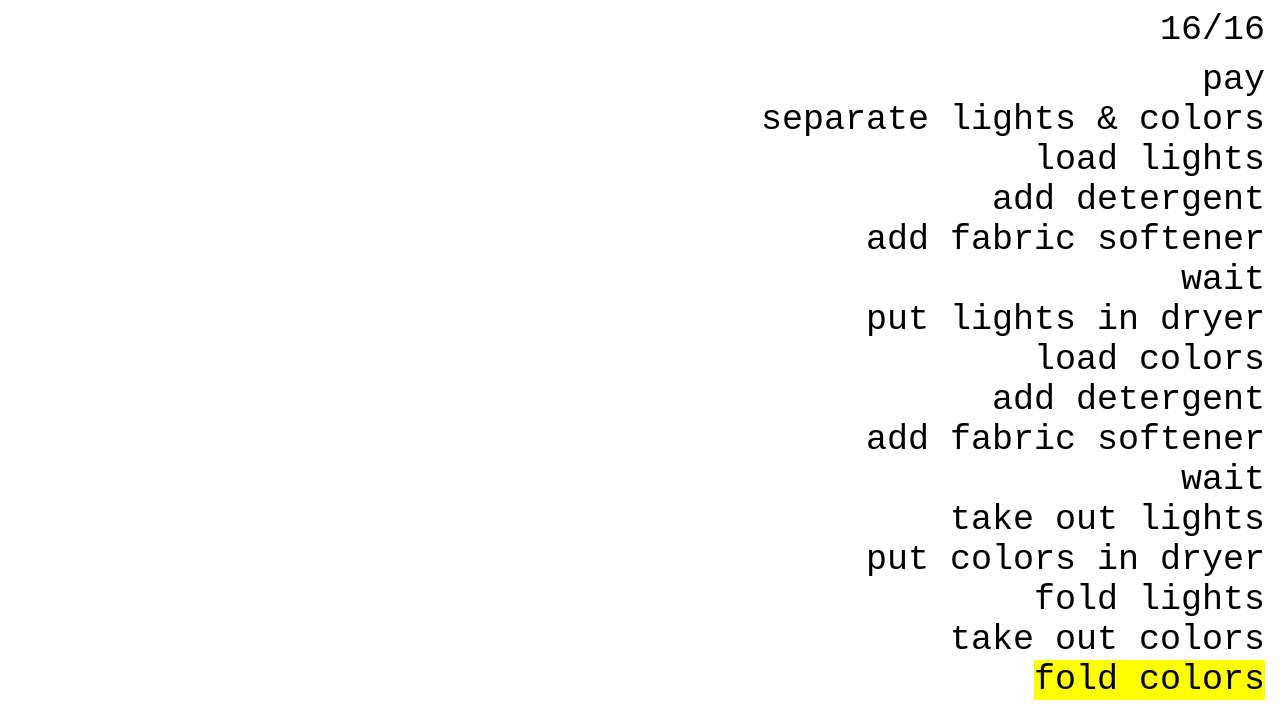
Repository: ortik455/ortik455.github.io
Page: studio/laundrysite/sixteen.html
The author's editor kept a record of every edit. The page is drawn from the files as they stood at one moment, then again after the next edit.
The browser window is 1280 px wide. The pictures show the whole page.

Above is the page before.

### studio/laundrysite/sixteen.html
<!DOCTYPE html>
<html>
	<head>
	    <link href='http://fonts.googleapis.com/css?family=Inconsolata' rel='stylesheet' type='text/css'>
		<link rel="icon" href="../../studio/favicon.png" sizes="16x16 32x32" type="image/png">
		<link href="laundry.css" rel="stylesheet" type="text/css">
		<title>1/16</title>
	</head>

	<body>
<!--class to call out all the text and use id="" to call out
individual things but dont use ids... -->
	  <div class="text">
		<div class="number">
	  		16/16
	  	</div>
		<div class="steps">
		  	pay
		  	<br>
		  	separate lights &amp; colors
		  	<br>
		  	load lights
		  	<br>
		  	add detergent
		  	<br>
		  	add fabric softener
		  	<br>
		  	wait
		  	<br>
		  	put lights in dryer
		  	<br>
		  	load colors
		  	<br>
		  	add detergent
		  	<br>
		  	add fabric softener
		  	<br>
		  	wait
		  	<br>
		  	take out lights
		  	<br>
		  	put colors in dryer
		  	<br>
		  	fold lights
		  	<br>
		  	take out colors
		  	<br>
		  	<mark>fold colors</mark>
		</div>
	  </div>

	</body>
</html>

### studio/laundrysite/laundry.css
*, *:before, *:after {
    -webkit-box-sizing: border-box;
       -moz-box-sizing: border-box;
            box-sizing: border-box;

}
.timerbox {
    background: #000000;
    float: left;
    width: 50%;
    height: 900px;
}
.timer {
    position: absolute;
    background: #000000;
    color: #ffffff;
    top: 50%;
    left: 275px;
    font-size: 60px;
}
.timer2 {
    position: absolute;
    background: #000000;
    color: #ffffff;
    top: 50%;
    left: 275px;
    font-size: 60px;
}

body{
	background: #FFFFFF;
	font-size: 0px;
	margin: 0;
	font-family: Courier New, sans-serif;
	height: 100%;
}
.start{
    background-color: #000000;
    font-size: 50px;
    letter-spacing: 6px;
    position: absolute;
    bottom: 50%;
    margin-left: 20px;
}
.mark {
    background-color: #000000;
    color: #FFFFFF;
}
.text {
	font-size: 35px;
    width: 50%;
    height: 715px;
    float: left;
}
.photos {
    width: 50%;
    height: 100%;
    float: left;
    overflow: hidden;
}
.number {
   font-size: 35px;
   position: fixed;
   top: 0px;
   right: 0px;
   padding: 10px 15px 20px 5px;
}
.steps {
   font-size: 35px;
   text-align: right;
   position: fixed;
   bottom: 0px;
   right: 0px;
   padding: 10px 15px 20px 5px;

}
a:link {
    text-decoration:none;
    color: #000000;
    }
a:visited {
    color: #000000;
}
.photos:hover img {
    transform: scale(1.1);
}
.photos img {
    transition: transform 2s ease;
}

After the next edit:
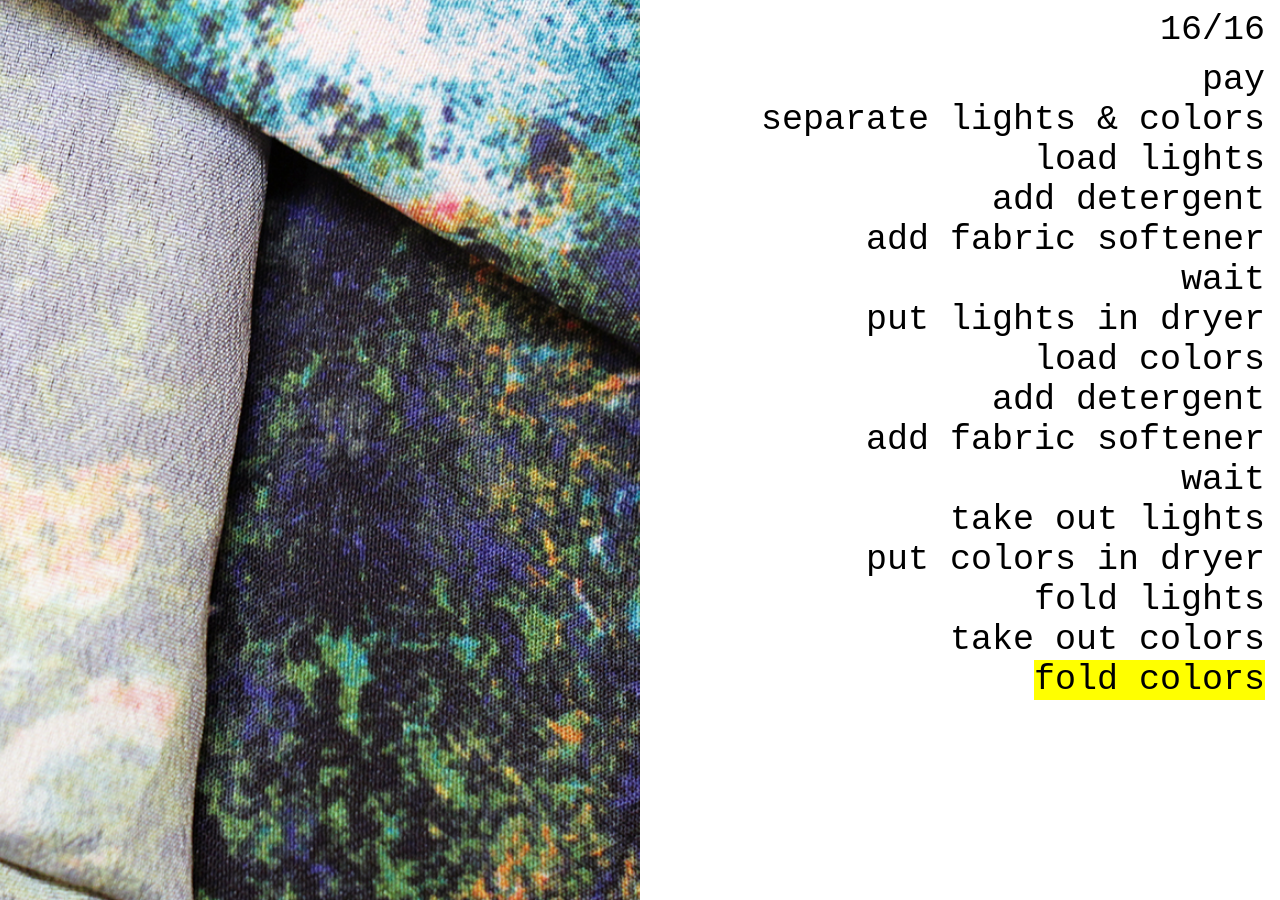
The edit:
--- a/studio/laundrysite/sixteen.html
+++ b/studio/laundrysite/sixteen.html
@@ -8,8 +8,10 @@
 	</head>
 
 	<body>
-<!--class to call out all the text and use id="" to call out
-individual things but dont use ids... -->
+
+	  <div class="photos">
+	  	<a href="index2.html"><img src="photos/colorfold.png"  alt=""></a>
+	  </div>
 	  <div class="text">
 		<div class="number">
 	  		16/16
